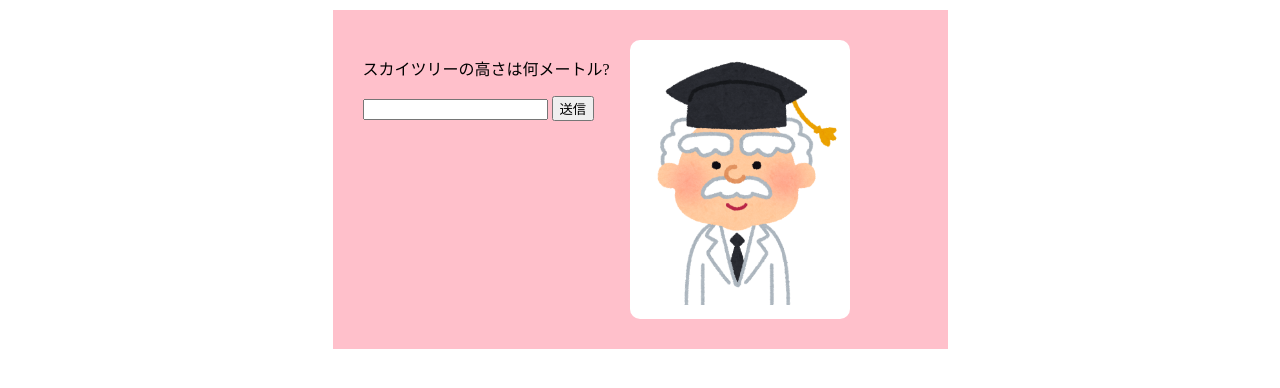
Repository: shotasuzuki01/shotaextest
Page: http://localhost/Quiz/
An editor plug-in stored every save of this project. The page is shown before and after the next save, followed by the edit.
The browser window is 1280 px wide. The pictures show the whole page.
The page is served by Tomcat 9.

Above is the page before, as saved 2022-05-25 05:13:58.

### Quiz/WebContent/index.html
<!DOCTYPE html>
<html>
<head>
<meta charset="UTF-8">
<title>Quiz</title>
<link rel="stylesheet" href="/Quiz/css/main.css">
</head>
<body>
<div id="container">
	<div id="boxA">
		<p>スカイツリーの高さは何メートル?</p>
		<form action="/Quiz/Result.jsp" method="post">
			<input type="text" name="ans">
			<input type="submit" value="送信">
		</form>
	</div>
	<div id="boxB">
		<div class="imgBox">
			<img src="/Quiz/images/smile.png" alt="">
		</div>
	</div>
</div>
</body>
</html>

### Quiz/WebContent/css/main.css
@charset "UTF-8";
#container{
	width:555px;
	margin:10px auto;
	background:pink;
	display:flex;
	padding:30px;
}
#boxA{
	margin-right:20px;
}
#boxB .imgBox{
	border-radius:10px;
	overflow:hidden;
	width:200px;
	background:#fff;
	padding:18px 10px 10px;
}
#boxB .imgBox img{
	width:100%;
}

After the next save:
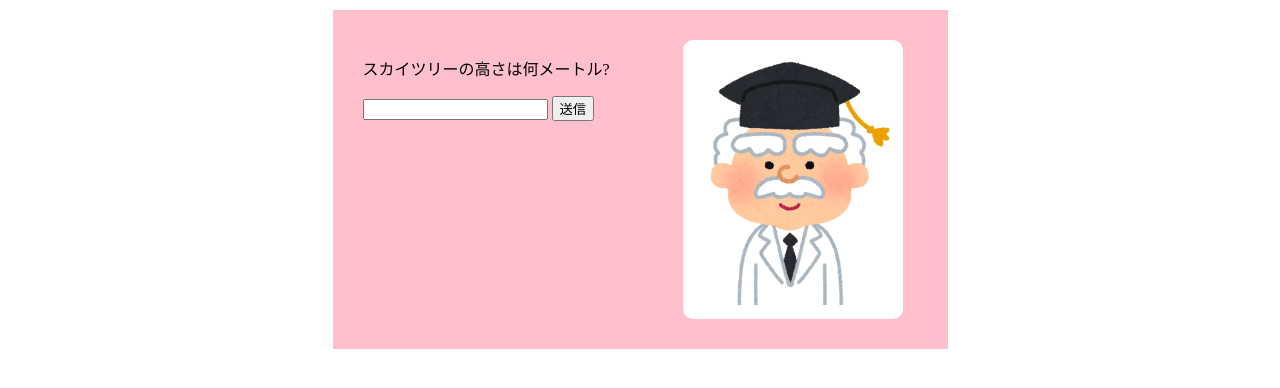
Saved 2 min 0 s later.
--- a/Quiz/WebContent/css/main.css
+++ b/Quiz/WebContent/css/main.css
@@ -7,6 +7,7 @@
 	padding:30px;
 }
 #boxA{
+	width:300px;
 	margin-right:20px;
 }
 #boxB .imgBox{
